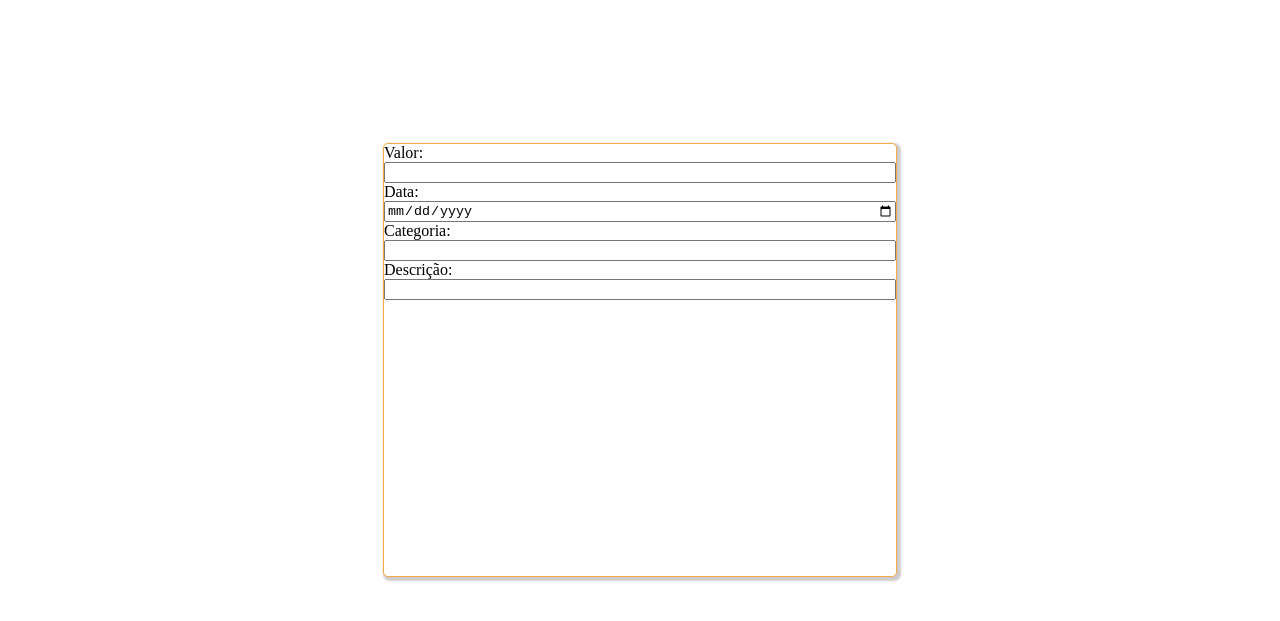
Repository: alexsanderkafka/java-servlets
Page: http://localhost/SaveMoney/cadastrarDespesa.jsp
The author's editor kept a copy of each file at every save. The page is drawn from the files as they stood at one save, then again after the next save.
The browser window is 1280 px wide. The pictures show the whole page.
The page is served by Tomcat 9. Nobody is signed in. The application's start-up code is not run.

Above is the page before, as saved 2024-10-03 12:36:05.

After the next save:
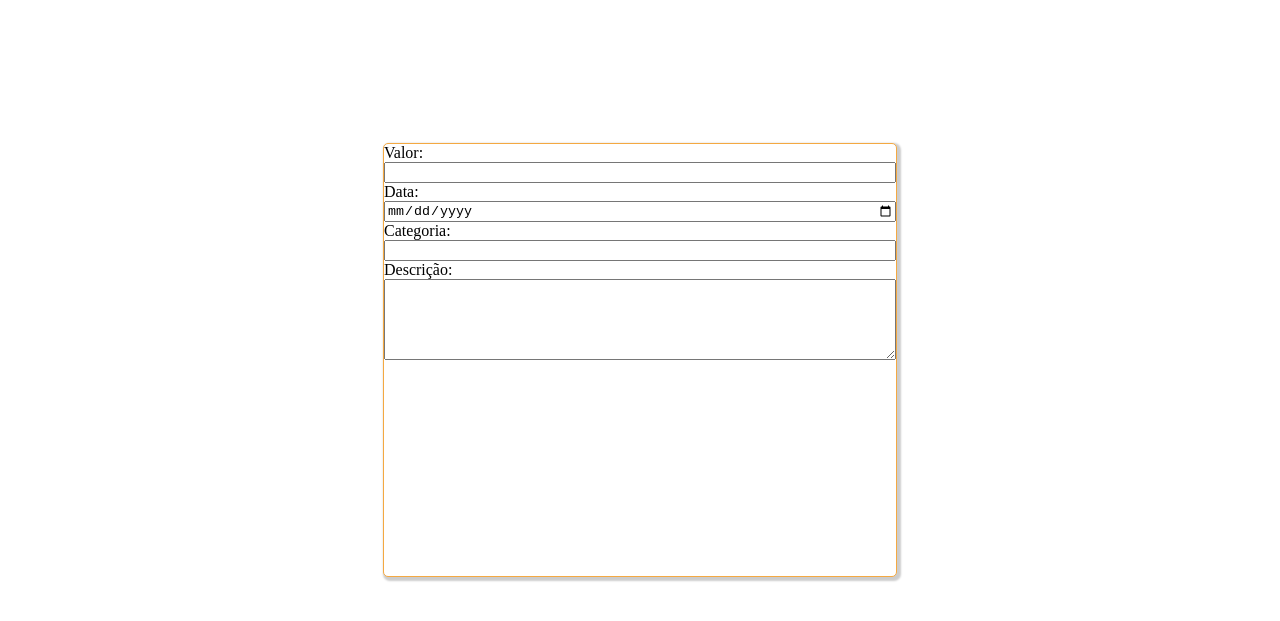
Saved 23 s later.
--- a/SaveMoney/src/main/webapp/cadastrarDespesa.jsp
+++ b/SaveMoney/src/main/webapp/cadastrarDespesa.jsp
@@ -18,7 +18,7 @@
         	<label>Categoria: </label>
         	<input type="text">
         	<label>Descrição: </label>
-        	<input type="text">
+        	<textarea rows="5" cols="4"></textarea>
         </div>
     </div>
 
